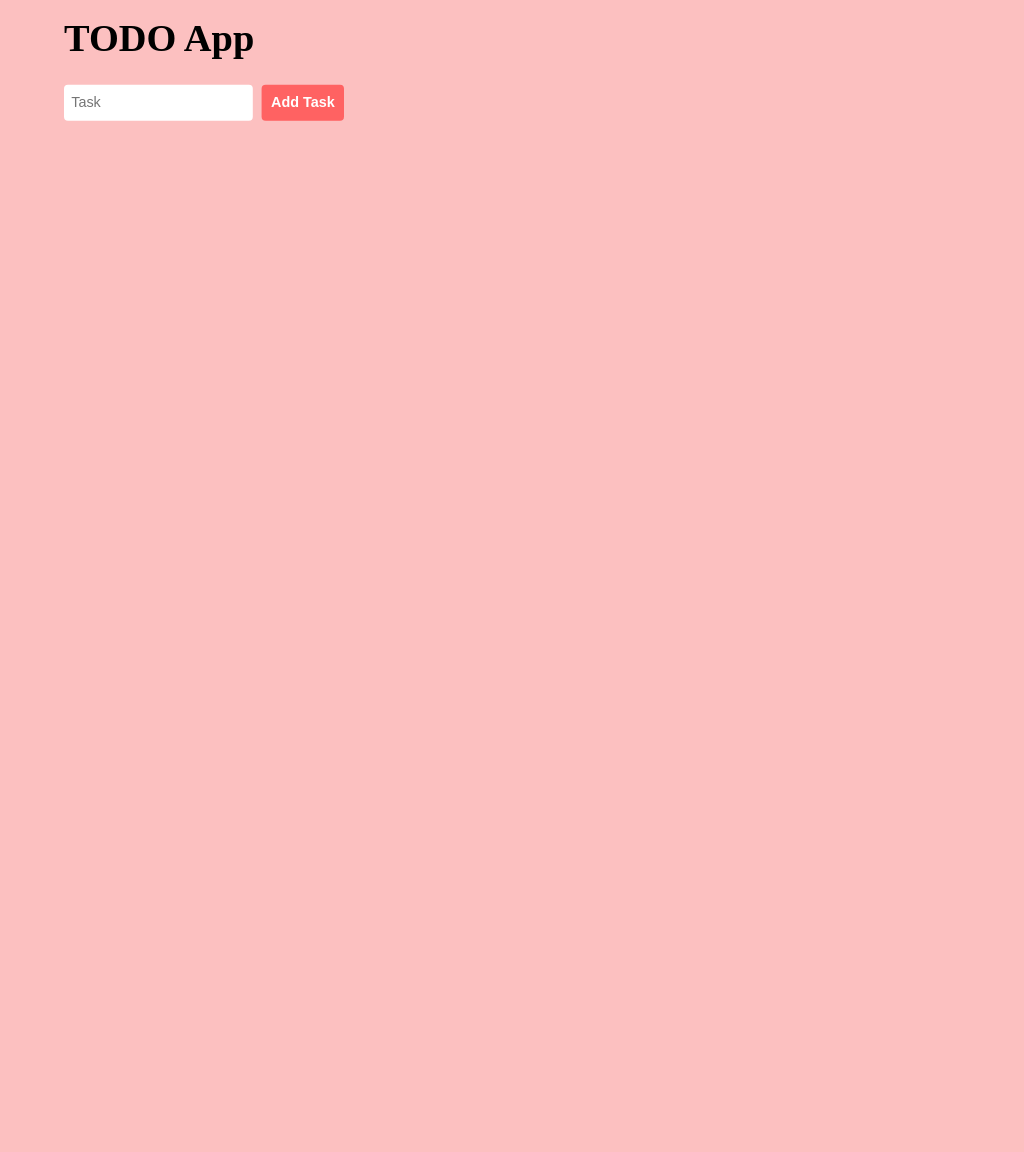
Repository: BhanuKaukuntla/TodoApp
Page: /
These files come from the project's save history. The page is drawn as it stood at one moment and after a run of saves; the edit follows.
The browser window is 1280 px wide. The pictures show the whole page, at 80% of full size.
The project was rebuilt for these pictures with package versions that can differ from the ones it lists, and the page was loaded fresh each time. Also part of the build but not shown: src/components/TodoItem/TodoItem.js.

Above is the page before, as saved 2021-12-04 10:12:26.

### src/index.js
import React from "react";
import ReactDOM from "react-dom";
import "./index.css";
import App from "./App";
import { Provider } from "react-redux";
import store from "./store";
import { PersistGate } from "redux-persist/integration/react";
import { persistor } from "./store";

ReactDOM.render(
  <React.StrictMode>
    <Provider store={store}>
      <PersistGate persistor={persistor}>
        <App />
      </PersistGate>
    </Provider>
  </React.StrictMode>,
  document.getElementById("root")
);

### src/index.css
*{
  margin: 0;
  padding: 0;
  /* font-family: "montserrat",sans-serif; */
  /* box-sizing: border-box; */
}

body {
  margin: 0;
  font-family: -apple-system, BlinkMacSystemFont, "Segoe UI", "Roboto", "Oxygen",
    "Ubuntu", "Cantarell", "Fira Sans", "Droid Sans", "Helvetica Neue",
    sans-serif;
  -webkit-font-smoothing: antialiased;
  -moz-osx-font-smoothing: grayscale;
}

/* code {
  font-family: source-code-pro, Menlo, Monaco, Consolas, "Courier New",
    monospace;
} */
.App {
  /* text-align: center; */
  height: 200vh;
  /* max-height: 100%; */
  /* background-color: #e77a7a; */
  /* background-color: #df8b8b; */
  background-color: #fcc0c0;
  margin-top: 0%;
  /* position: fixed; */
  width: 100%;
}

.title{
  padding-top: 20px;
  margin-left: 5rem;
  font-size: xxx-large;
  font-family: 'Times New Roman', Times, serif;
}

.todoInput{
  margin-top: 1rem;
  margin-left: 5rem;
  font-size: x-large;
  margin-bottom: 1rem;
  /* width: 5rem; */
}

.form{
  border-radius: 10px;
  font-size: large;
  padding: 15px;
  /* width: 9rem; */
  padding-left: 0;
}

.input{
  border-radius: 5px;
  font-size: large;
  padding: 9px;
  width: 13.6rem;
  height: 1.7rem;
  border: 0;
}

.inputButton{
  margin-left: 0.7rem;
  padding: 12px;
  border-radius: 5px;
  color: white;
  font-weight: 700;
  font-size: large;
  /* background-color: #df6a6a; */
  background-color: #ff6262;
  position: relative;
  border: 0;
}

.todoList{
  /* align-items: center; */
  justify-content: space-between;
  display: flex;
  flex-direction: column;
  margin-bottom: 3rem;
}

.todoItem{
  /* padding: 5px;
  background-color: white;
  opacity: 0.8; */
  margin-right: 2rem;
  margin-left: 5rem;
  font-size: x-large;
  display: flex;
  align-items: center;
  justify-content: space-between;
  /* max-width: 20rem; */
  background-color: #ffffff;
  opacity: 0.5;
  margin-top: 1rem;
  border-radius: 5px;
  max-height: 3.4rem;
  /* max-width: 22.5rem; */
  padding: 2px;
  width: 21rem;
  height: 2.9rem;
  color: rgb(0, 0, 0);
  padding-left: 20px;
  font-weight: 700;
}

.editButton{
  /* margin-left: 1rem; */
  /* margin-right: 1px; */
  /* display: none; */
  /* border-radius: 1px; */
  display: inline-block;
  margin-left: auto;
  margin-right: 1rem;
  background-color: white;

}

.editTodo{
  /* align-items: center;
  margin-left: 1rem;
  margin-bottom: 0.5rem;
  margin-right: .5rem;
  padding: 3px; */
  padding: 9px;
  margin-left: 4rem;
  margin-right: auto;
}

.formItem{
  width: 10rem;
  padding: 11px;
  background-color: #fcd7d7;
}

.deleteButton{
  /* margin-left: 1rem; */
  margin-right: 8px;
  /* border-radius: 1px; */
  /* background-color: white;
  color: black; */
}

.icons{
  /* display: flex; */
  /* margin-left: 1rem; */
  /* justify-content: space-between; */
  display: flex-end;
}

### src/App.js
import AddTodo from "./components/AddTodo/AddTodo";
import TodoList from "./components/TodoList/TodoList";
import { useSelector } from "react-redux";
function App() {
  const taskobj = useSelector((state) => state.todos.data);
  return (
    <div className='App'>
      <h1 className="title">TODO App</h1>
      <AddTodo />
      <TodoList />
    </div>
  );
}

export default App;

### src/store.js
import { createStore } from "redux";
import rootReducer from "./reducers";
import { persistStore, persistReducer } from "redux-persist";
import storage from "redux-persist/lib/storage";

const persistConfig = {
  key: "root",
  storage,
};

const persistedReducer = persistReducer(persistConfig, rootReducer);

const store = createStore(
  persistedReducer,
  window.__REDUX_DEVTOOLS_EXTENSION__ && window.__REDUX_DEVTOOLS_EXTENSION__()
);

export const persistor = persistStore(store);

export default store;

### src/components/AddTodo/AddTodo.js
import React, { useState } from "react";
import { useDispatch } from "react-redux";
import { addTodo } from "../../actions";
import cuid from "cuid";

const AddTodo = () => {
  const [tasks, setTasks] = useState("");
  const dispatch = useDispatch();
  function handleInputChange(e) {
    setTasks(e.target.value);
    console.log(tasks);
  }
  function handleFormSubmit(e) {
    e.preventDefault();
    dispatch(addTodo({ task: tasks, id: cuid() }));
    e.target.userInput.value = "";
    console.log(tasks);
  }
  return (
    <div className="todoInput">
      <form className="form" onSubmit={handleFormSubmit}>
      <input
        className="input"
        placeholder="Task"
        type='text'
        name='userInput'
        onChange={(e) => handleInputChange(e)}
      />
      <button className="inputButton" type='submit'>Add Task</button>
     </form>
    </div>
  );
};

export default AddTodo;

### src/components/TodoList/TodoList.js
import React from "react";
import TodoItem from "../TodoItem/TodoItem";
import { useSelector } from "react-redux";

const TodoList = () => {
  const taskobj = useSelector((state) => state.todos.data);
  const taskItems = taskobj.map((task) => {
    return <TodoItem task={task} key={task.id} />;
  });

  return(
     <div className="todoList">
        {taskItems}
    </div>
    )
};

export default TodoList;

### src/reducers/index.js
import { combineReducers } from "redux";
import todos from "./todos";

const rootReducer = combineReducers({
  todos,
});
export default rootReducer;

### src/actions/index.js
import { ADD_TODO, DELETE_TODO, UPDATE_TODO } from "./types";

export const addTodo = (message) => ({
  type: ADD_TODO,
  message,
});

export const deleteTodo = (id) => ({
  type: DELETE_TODO,
  id,
});

export const updateTodo = ({ message, id }) => ({
  type: UPDATE_TODO,
  message,
  id,
});

### src/reducers/todos.js
const initialState = {
  data: [],
};

const todos = (state = initialState, action) => {
  switch (action.type) {
    case "ADD_TODO":
      return {
        ...state,
        data: [...state.data, action.message],
      };
    case "DELETE_TODO":
      return {
        ...state,
        data: [...state.data.filter((todo) => todo.id !== action.id)],
      };
    case "UPDATE_TODO":
      return {
        ...state,
        data: [
          ...state.data.filter((todo) => todo.id !== action.id),
          { task: action.message, id: action.id },
        ],
      };
    default:
      return state;
  }
};

export default todos;

### src/actions/types.js
export const ADD_TODO = "ADD_TODO";
export const DELETE_TODO = "DELETE_TODO";
export const UPDATE_TODO = "UPDATE_TODO";

Loaded but not shown: public/index.html (common file)

After the next 2 saves:
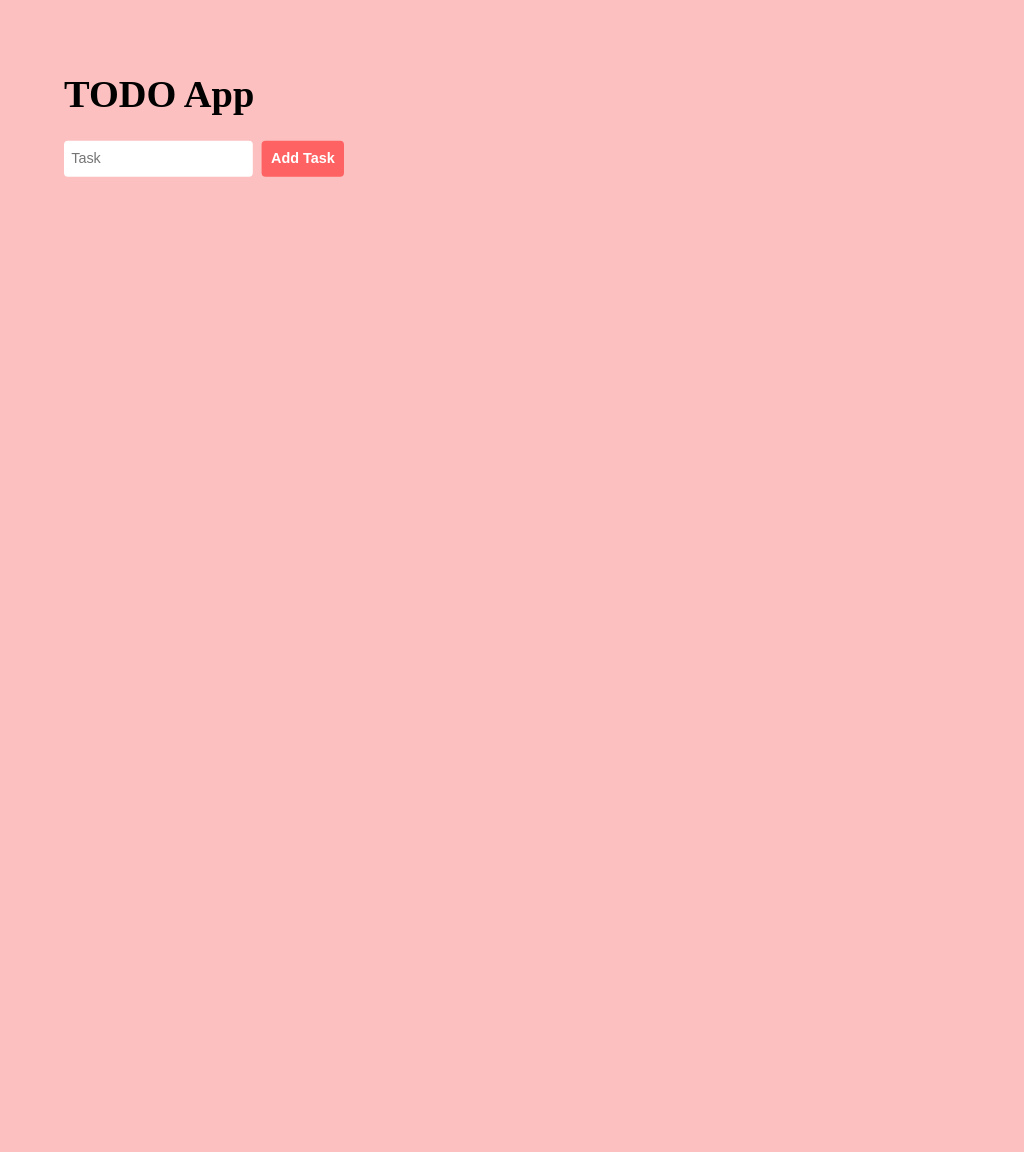
The 2 saves are shown as one change because they came seconds apart.
The last was saved 35 s later.
--- a/src/index.css
+++ b/src/index.css
@@ -31,7 +31,7 @@ body {
 }
 
 .title{
-  padding-top: 20px;
+  padding-top: 90px;
   margin-left: 5rem;
   font-size: xxx-large;
   font-family: 'Times New Roman', Times, serif;
